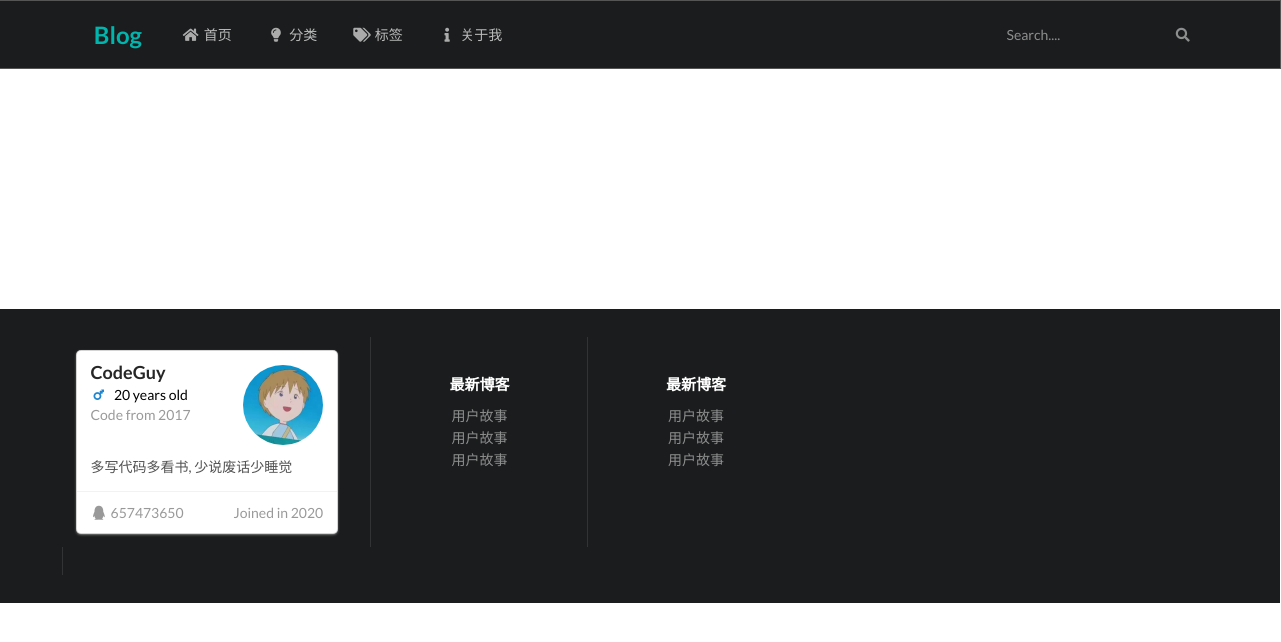
Repository: GOGOHQ/myblog
Page: index.html
The author's editor kept a copy of each file at every save. The page is drawn from the files as they stood at one save, then again after the next save.
The browser window is 1280 px wide. The page is 1281 px wide, so the pictures cover 1281 px, including what lies to the right of the window. The pictures show the whole page.
Some web libraries are served in a nearby version.

Above is the page before, as saved 2020-01-16 15:58:02.

After the next save:
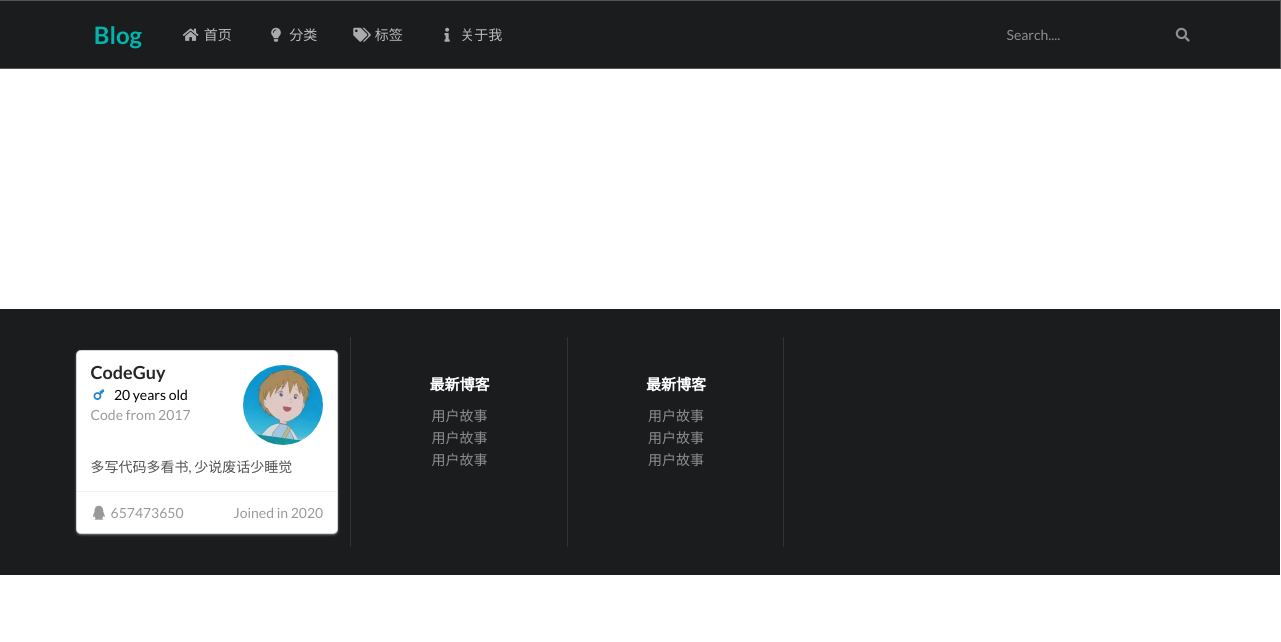
Saved 11 s later.
--- a/index.html
+++ b/index.html
@@ -38,7 +38,7 @@
 <footer class="ui inverted vertical segment m-padded-tb-massive">
     <div class="ui container">
         <div class="ui inverted divided grid">
-            <div class="four wide column " style="margin-right: 20px;">
+            <div class="four wide column ">
 
                 <div class="ui card">
                     <div class="content">
